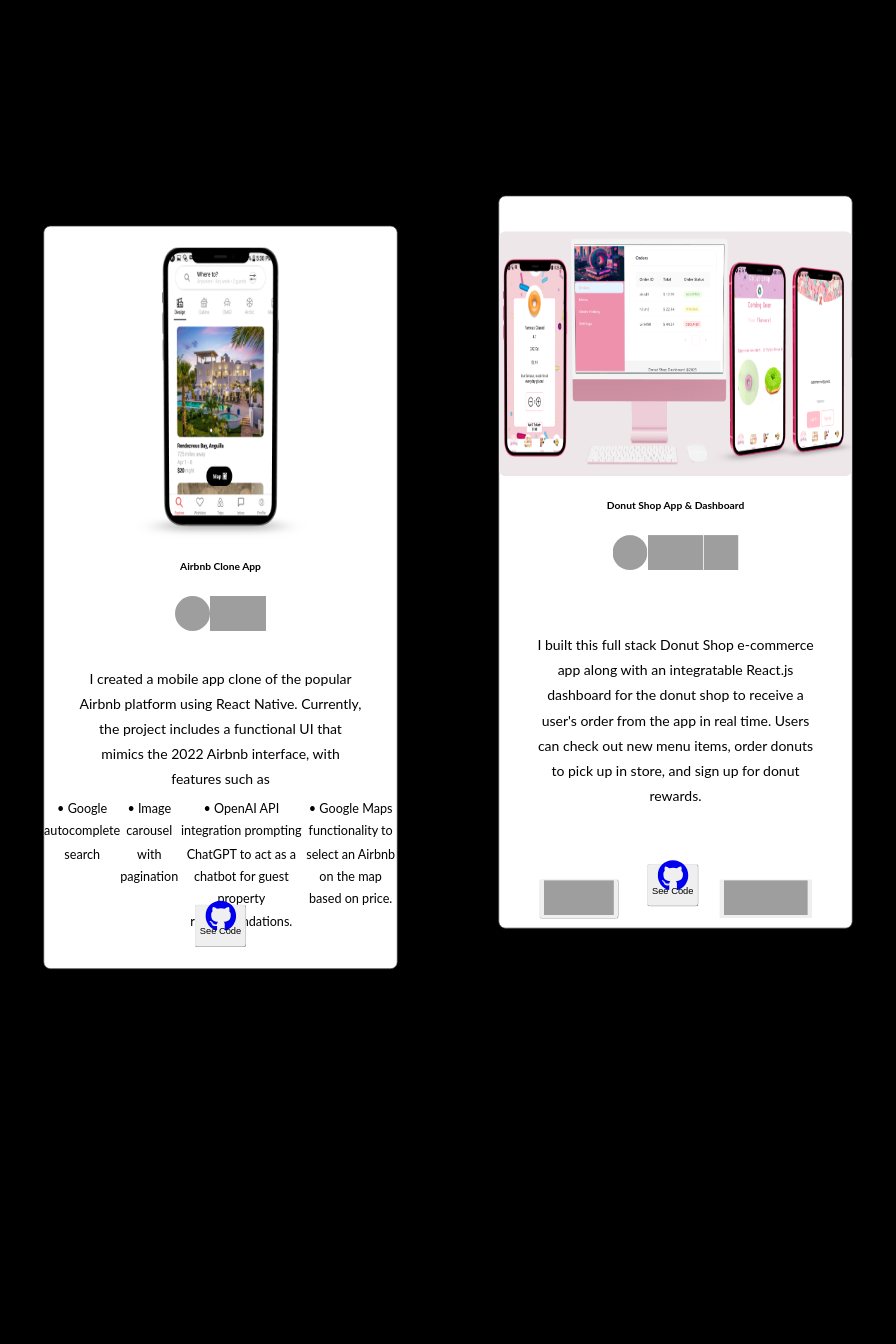
Repository: JamesPesenti/portfolio
Page: /
The author's editor kept a copy of each file at every save. The page is drawn from the files as they stood at one save, then again after the next save.
The browser window is 1280 px wide. The pictures show the part of the page from y = 1489 to 3409 px (the page is 6929 px tall), at 70% of full size.
Pictures or frames that could not be fetched are drawn as grey boxes. The project was rebuilt for these pictures with package versions that can differ from the ones it lists, and the page was loaded fresh each time. Imported but missing from the stored project, and not drawn on this page: src/Components/James Pesenti Resume 2023.pdf.

Above is the page before, as saved 2023-08-28 14:57:50.

After the next save:
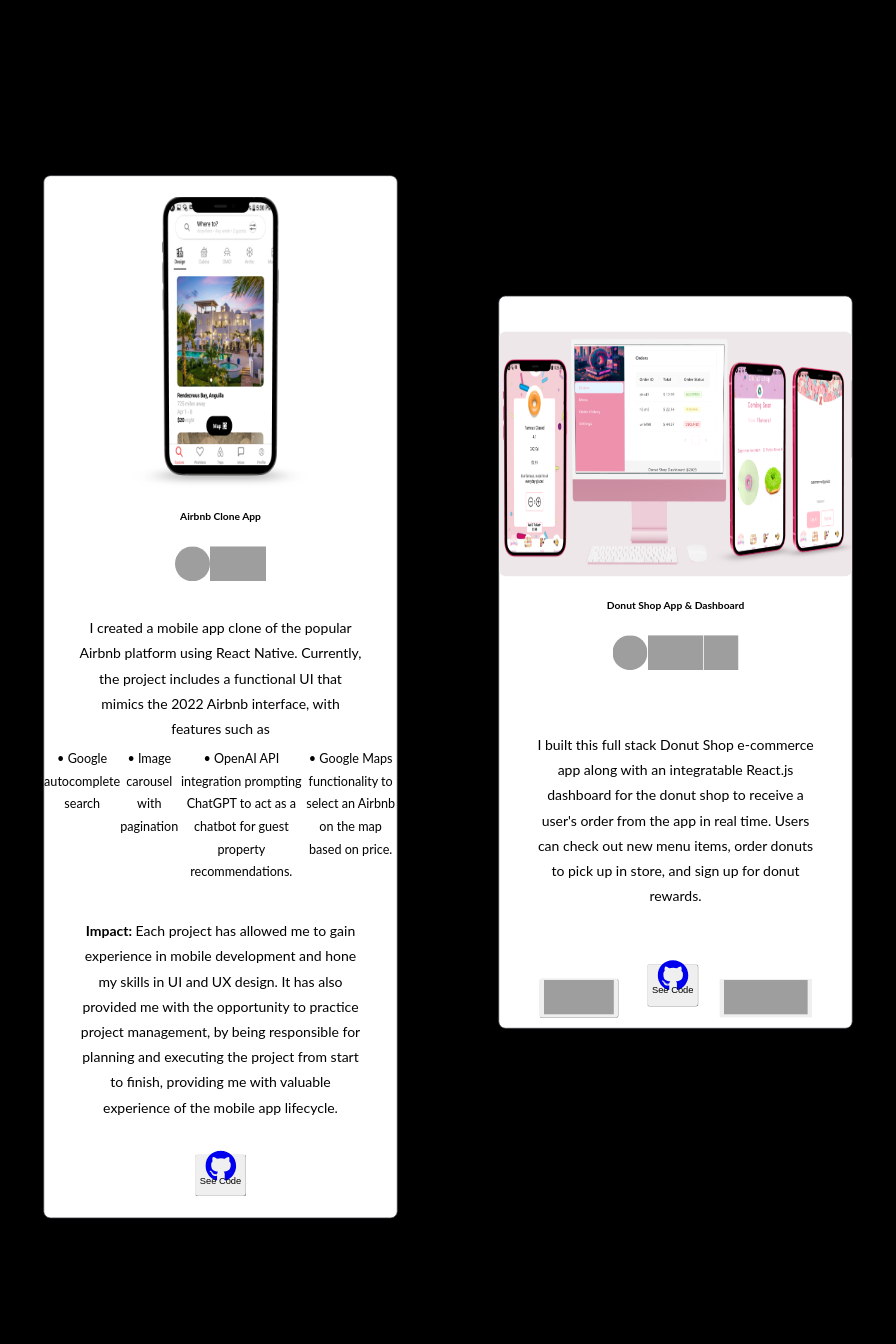
Saved 10 s later.
--- a/src/Components/MyProjects.jsx
+++ b/src/Components/MyProjects.jsx
@@ -33,6 +33,9 @@
             {/* <p style={{fontSize: 20, textAlign: 'center', padding: 40, marginBottom: -60}}>I plan to add additional features and integrate back end functionality in future updates to enhance the user experience and provide a more comprehensive product.</p> */}
             {/* <p style={{fontSize: 20, textAlign: 'center', padding: 30, marginBottom: -80}}><b> Key Skills I learned: </b>React Native, UI design, Google Play and App Store submission process, mobile development, UX design, project management.</p> */}
            </div>
+           <div>
+            <p style={{fontSize: 20, textAlign: 'center', padding: 50}}><b> Impact: </b> Each project has allowed me to gain experience in mobile development and hone my skills in UI and UX design. It has also provided me with the opportunity to practice project management, by being responsible for planning and executing the project from start to finish, providing me with valuable experience of the mobile app lifecycle.</p>
+           </div>
 
            <div >
                 {/* <UberGoogleButton  /> */}
